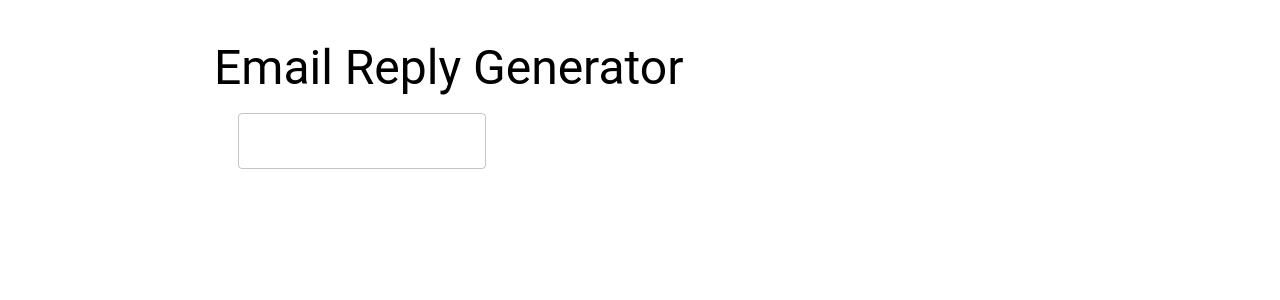
Repository: AbhirupB/EmailAI
Page: / (app in email-writer-react/)
An editor plug-in stored every save of this project. The page is shown before and after a run of saves, followed by the edit.
The browser window is 1280 px wide. The pictures show the whole page.
The project was rebuilt for these pictures with package versions that can differ from the ones it lists, and the page was loaded fresh each time. Also part of the build but not shown: email-writer-react/vite.config.js, email-writer-react/src/index.css, email-writer-react/src/App.css.

Above is the page before, as saved 2025-07-17 13:13:25.

### email-writer-react/src/App.jsx
import { useState } from 'react'
import './App.css'
import { Box, Container, TextField, Typography } from '@mui/material';

function App() {
  const [emailContent, setEmailContent] = useState('');
  const [tone, setTone] = useState('');
  const [generatingReply, setGeneratingReply] = useState('');
  const [loading, setLoading] = useState('false');
  const [error, setError] = useState('');

  return (
    <>
      <Container maxWidth="md" sx={{py:4}}>
        <Typography variant='h3' component='h1' gutterBottom>
          Email Reply Generator
        </Typography>

        <Box sx={{mx:3}}>
          <TextField></TextField>
        </Box>
      </Container>
    </>
  )
}

export default App

Loaded but not shown: email-writer-react/index.html (common file); email-writer-react/src/main.jsx (common file)

After the next 4 saves:
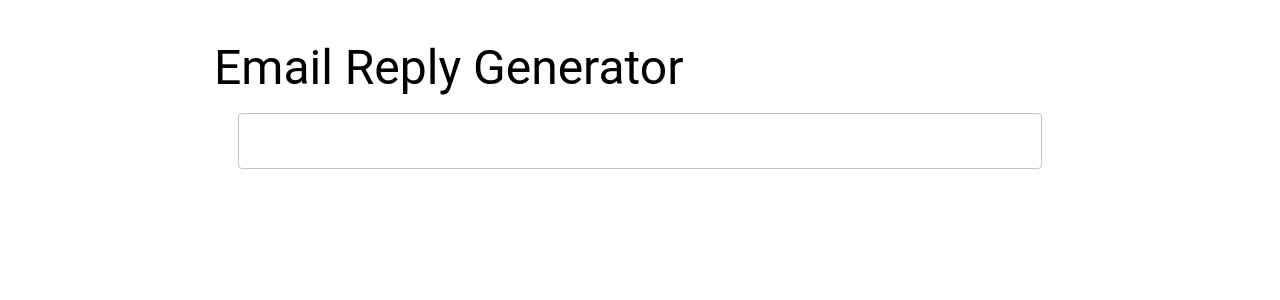
The 4 saves are shown as one change because they came seconds apart.
The last was saved 14 s later.
--- a/email-writer-react/src/App.jsx
+++ b/email-writer-react/src/App.jsx
@@ -17,7 +17,8 @@ function App() {
         </Typography>
 
         <Box sx={{mx:3}}>
-          <TextField></TextField>
+          <TextField fullWidth
+          multiline></TextField>
         </Box>
       </Container>
     </>
